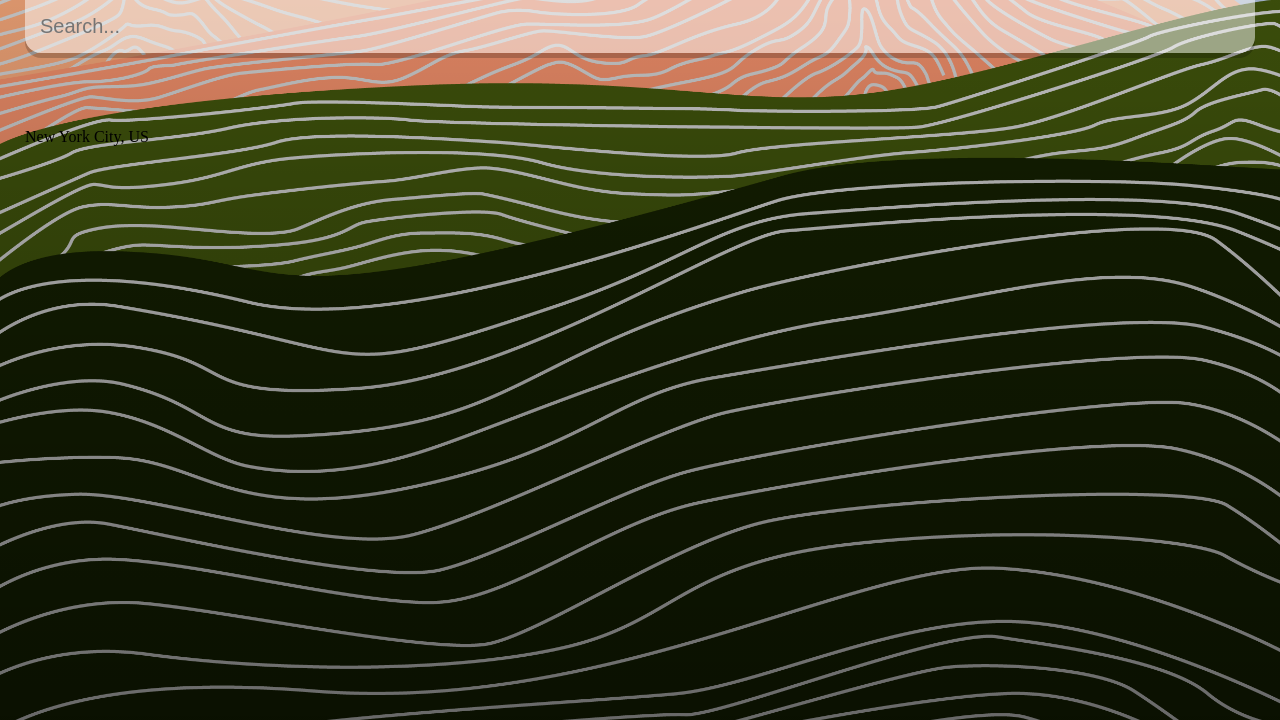
Repository: burntaftermint/weather
Page: /
An editor plug-in stored every save of this project. The page is shown before and after the next save, followed by the edit.
The browser window is 1280 px wide. The pictures show the whole page.
The project was rebuilt for these pictures with package versions that can differ from the ones it lists, and the page was loaded fresh each time.

Above is the page before, as saved 2023-11-02 04:45:07.

After the next save:
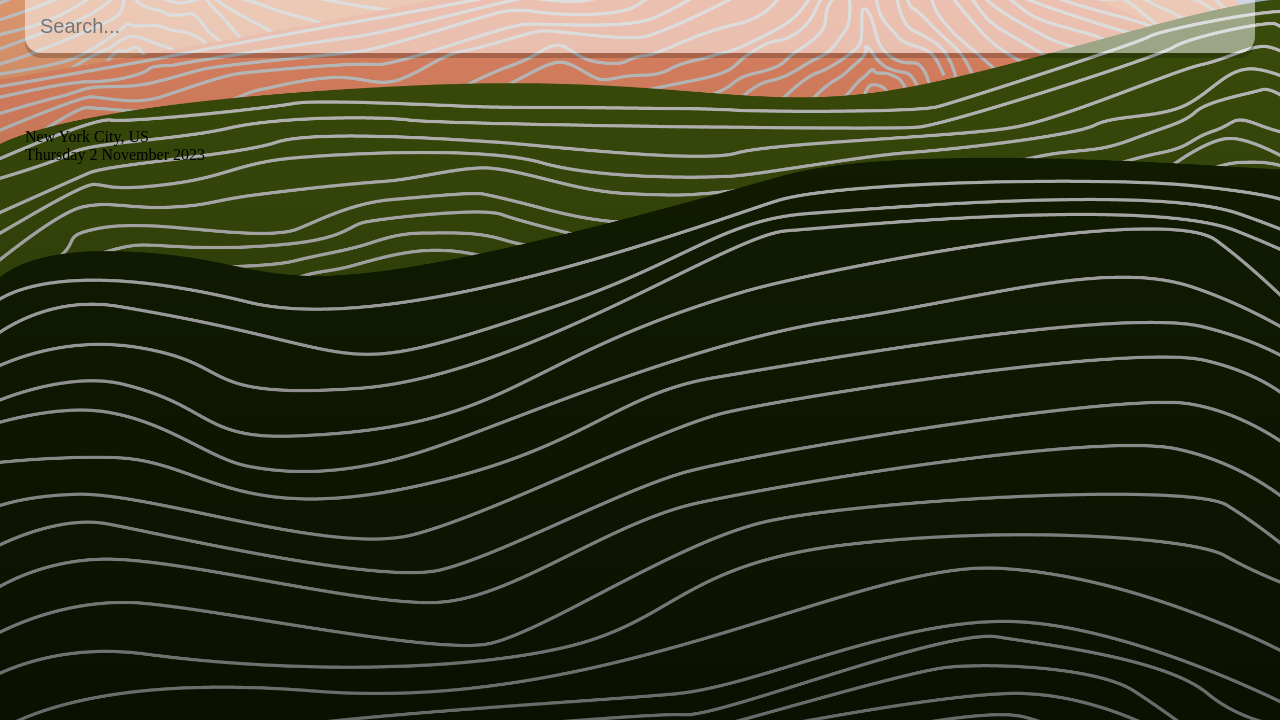
Saved 6 min 56 s later.
--- a/src/App.js
+++ b/src/App.js
@@ -4,6 +4,18 @@ const api = {
   base: "https://api.openweathermap.org/data/2.5"
 }
 function App() {
+
+const dateBuilder = (d) => {
+  let months = ["January", "February", "March", "April", "May", "June", "July", "August", "September", "October", "November", "December"];
+    let days = ["Sunday", "Monday", "Tuesday", "Wednesday", "Thursday", "Friday", "Saturday"];
+
+    let day = days[d.getDay()];
+    let date = d.getDate();
+    let month = months[d.getMonth()];
+    let year = d.getFullYear();
+
+    return `${day} ${date} ${month} ${year}`
+}
   return (
     <div className="app">
       <main>
@@ -17,7 +29,7 @@ function App() {
         <div>
           <div className="location-box">
             <div className="location">New York City, US</div>
-            <div className="date"></div>
+            <div className="date">{dateBuilder(new Date())}</div>
           </div>
         </div>
       </main>
